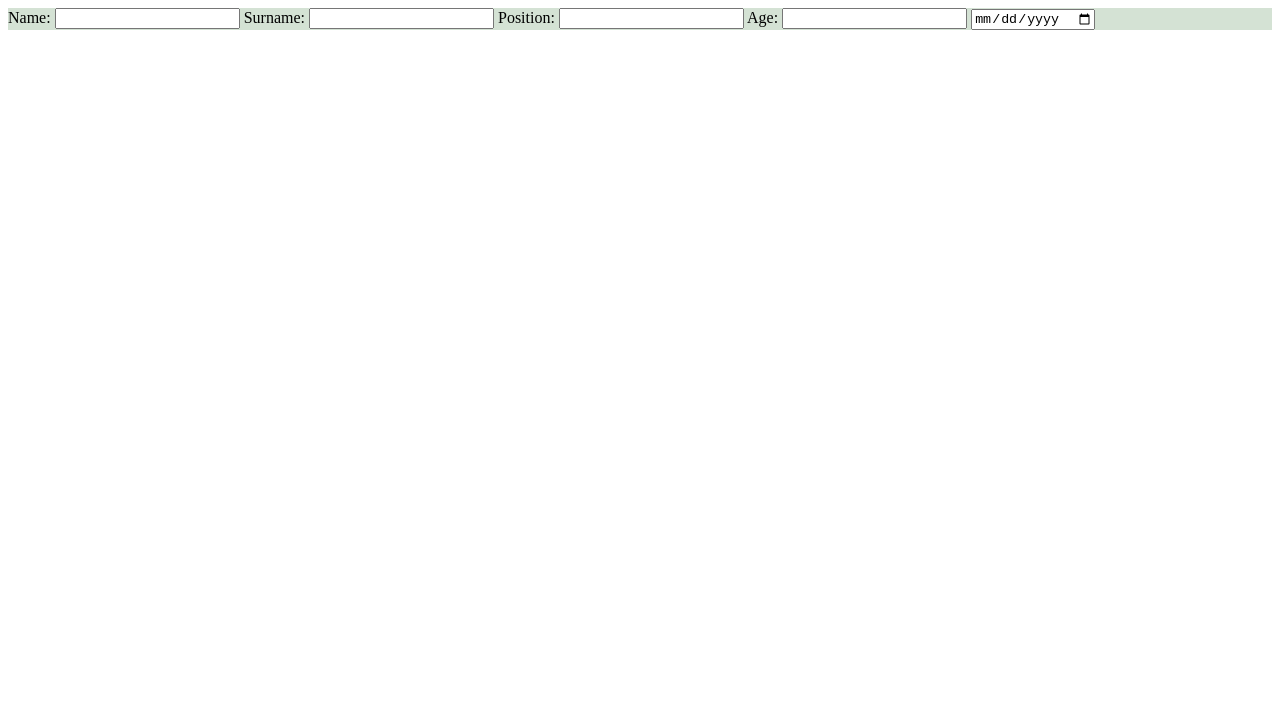
Repository: AytacSafarova/Form-lesson
Page: index.html
An editor plug-in stored every save of this project. The page is shown before and after the next save, followed by the edit.
The browser window is 1280 px wide. The pictures show the whole page.

Above is the page before, as saved 2023-08-29 14:33:27.

After the next save:
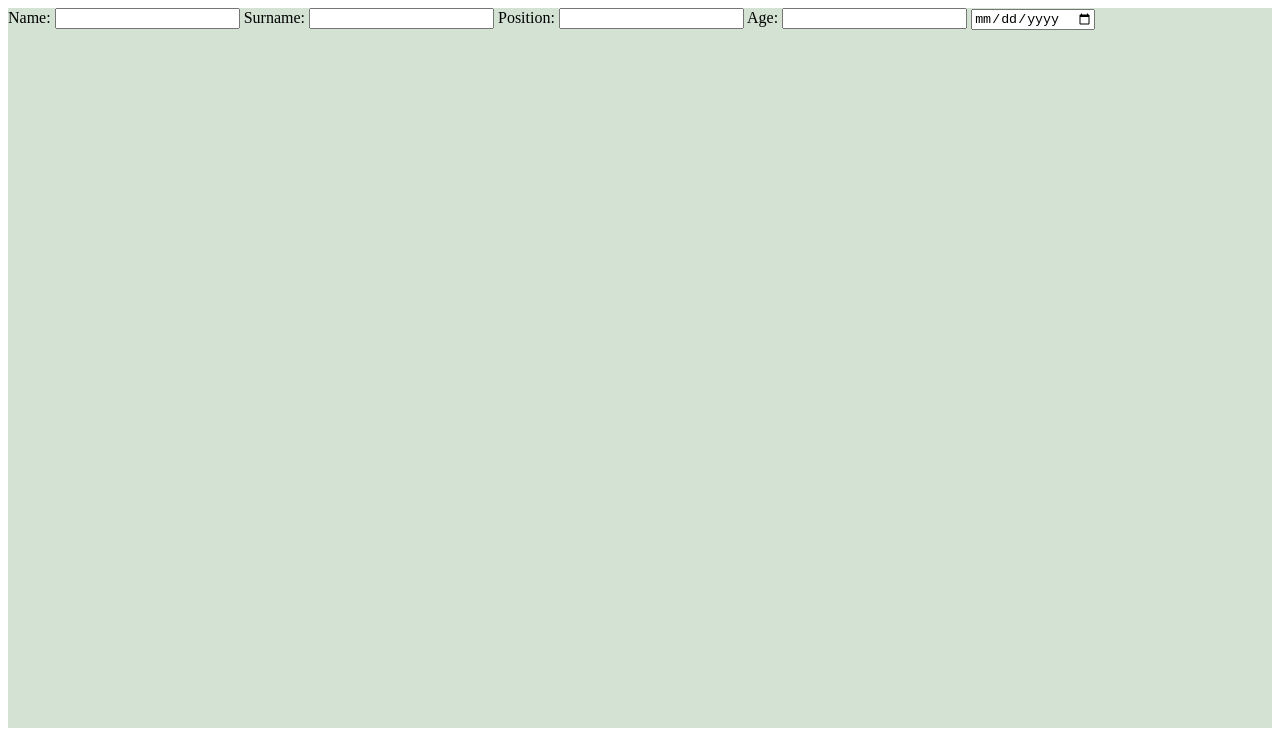
Saved 8 s later.
--- a/index.css
+++ b/index.css
@@ -1,4 +1,5 @@
 div{
     background-color: #D4E2D4;
-   min-
+   min-height: 100vh;
+   width: 100%;
 }
